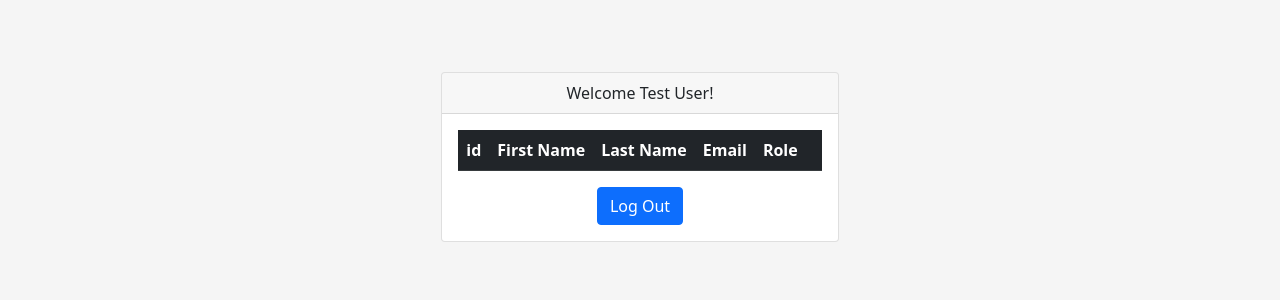
Repository: rabin-bhandari/LOGIN-SIGNUP
Page: http://localhost/welcome.php
These files come from the project's save history. The page is drawn as it stood at one moment and after the next save; the edit follows.
The browser window is 1280 px wide. The pictures show the whole page.
Some web libraries are served in a nearby version. The page is run by PHP 8.4 with error messages shown; the project is at /var/www/html/. The session is filled in as if someone had signed in: {"email": "test@example.com", "first_name": "Test User", "last_name": "Test User", "id": 1, "admin": 1}. Queries for data that is not in the repository find no rows.

Above is the page before, as saved 2022-03-27 22:11:03.

After the next save:
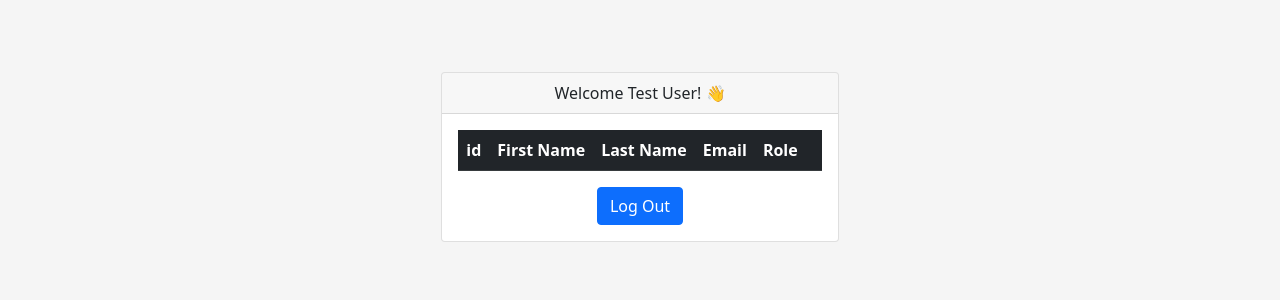
Saved 68 s later.
--- a/welcome.php
+++ b/welcome.php
@@ -28,7 +28,9 @@ if (isset($_SESSION['id']) && isset($_SESSION['email'])) {
       <div class="admin-container">
         <div class="card text-center">
           <div class="card-header">
-            Welcome <?php echo $_SESSION['first_name']; ?>!
+            Welcome <?php echo $_SESSION['first_name']; ?>! <span class="wave">👋</span>
+
+
           </div>
           <div class="card-body">
 
